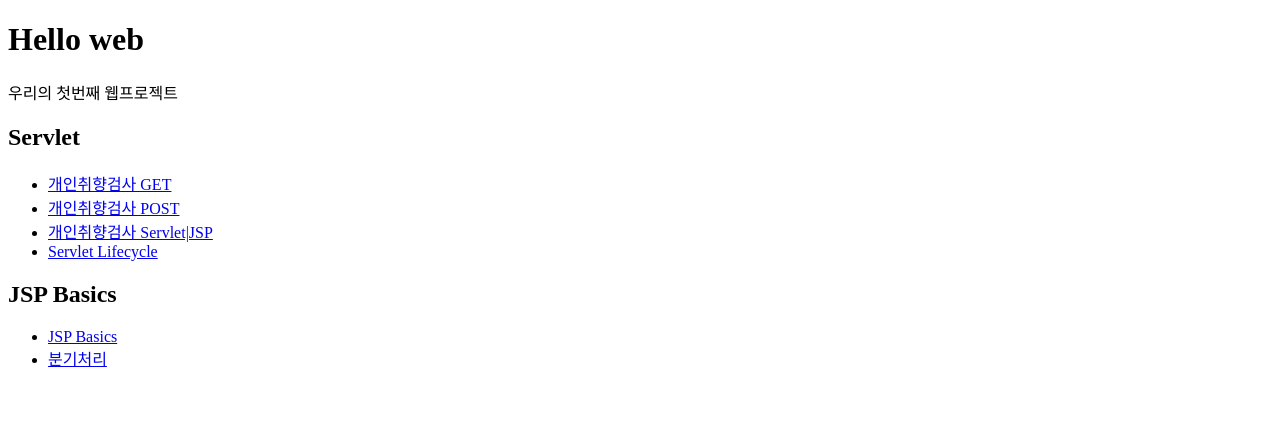
Repository: Sookyeong0505/web_server_workspace
Page: hello-web/src/main/webapp/index.html
The author's editor kept a copy of each file at every save. The page is drawn from the files as they stood at one save, then again after the next save.
The browser window is 1280 px wide. The pictures show the whole page.

Above is the page before, as saved 2023-06-20 06:34:03.

After the next save:
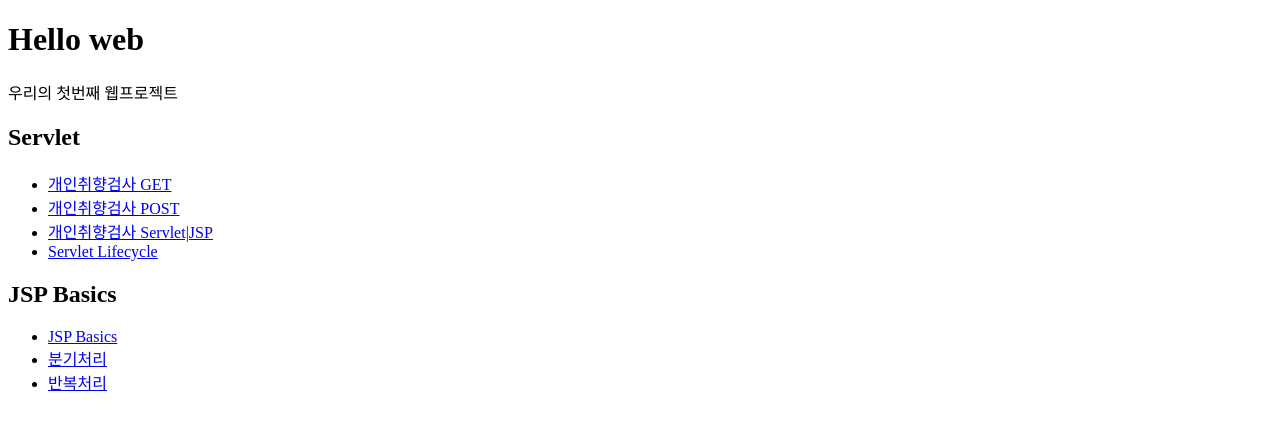
Saved 63 s later.
--- a/hello-web/src/main/webapp/index.html
+++ b/hello-web/src/main/webapp/index.html
@@ -20,6 +20,7 @@
 	<ul>
 		<li><a href="/web/jsp/basics.jsp">JSP Basics</a></li>
 		<li><a href="/web/jsp/condition.jsp?mode=ko">분기처리</a></li>
+		<li><a href="/web/jsp/condition.jsp?mode=ko">반복처리</a></li>
 	</ul>
 </body>
 </html>
